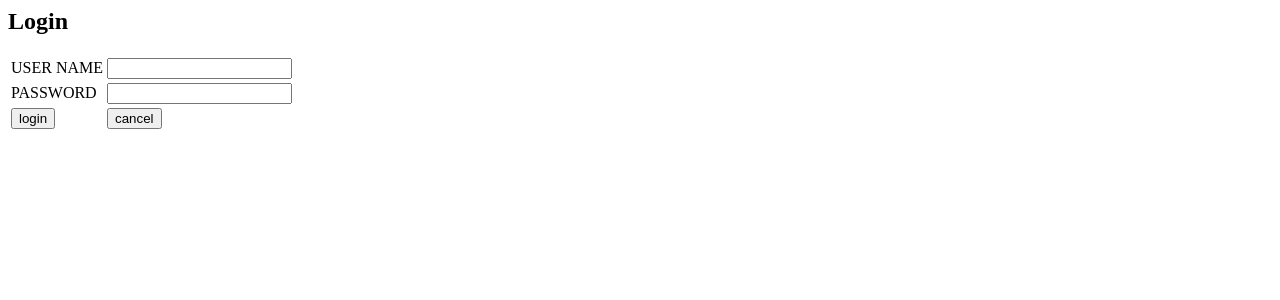
Repository: saik46573/sai
Page: http://localhost/Project/
The author's editor kept a copy of each file at every save. The page is drawn from the files as they stood at one save, then again after the next save.
The browser window is 1280 px wide. The pictures show the whole page.
The page is served by Tomcat 9.

Above is the page before, as saved 2023-08-08 09:30:26.

After the next save:
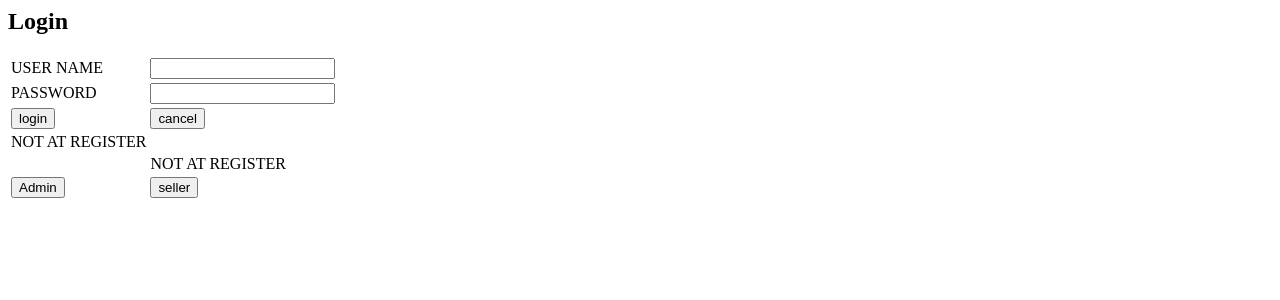
Saved 113 s later.
--- a/eclipse-workspace/Project/src/main/webapp/index.jsp
+++ b/eclipse-workspace/Project/src/main/webapp/index.jsp
@@ -15,7 +15,17 @@
 	<td><input type="submit" value="login"></td>
 	<td> <input type= "submit" value="cancel"></td>
 	</tr>
-
+	<tr>
+	<td>  NOT AT REGISTER  </td>
+	</tr>
+	<tr>
+	<td>   </td>
+	<td>NOT AT REGISTER</td>
+	</tr>
+	<tr>
+	<td><input type="submit" value="Admin"></td>
+	<td> <input type= "submit" value="seller"></td>
+	</tr>
 	</table>
 </form>
 </body>
